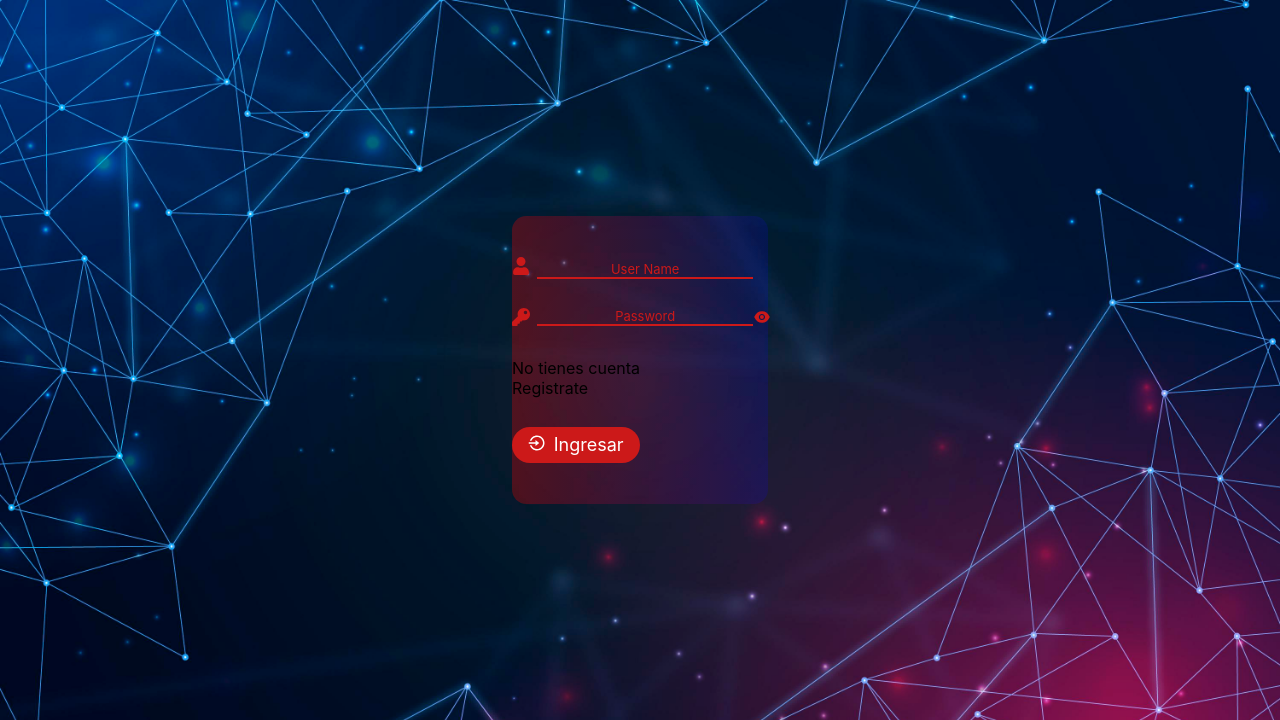
Repository: Davic1o/FrontendMunicipio
Page: /
An editor plug-in stored every save of this project. The page is shown before and after the next save, followed by the edit.
The browser window is 1280 px wide. The pictures show the whole page.
The project was rebuilt for these pictures with package versions that can differ from the ones it lists, and the page was loaded fresh each time.

Above is the page before, as saved 2024-02-21 18:42:29.

After the next save:
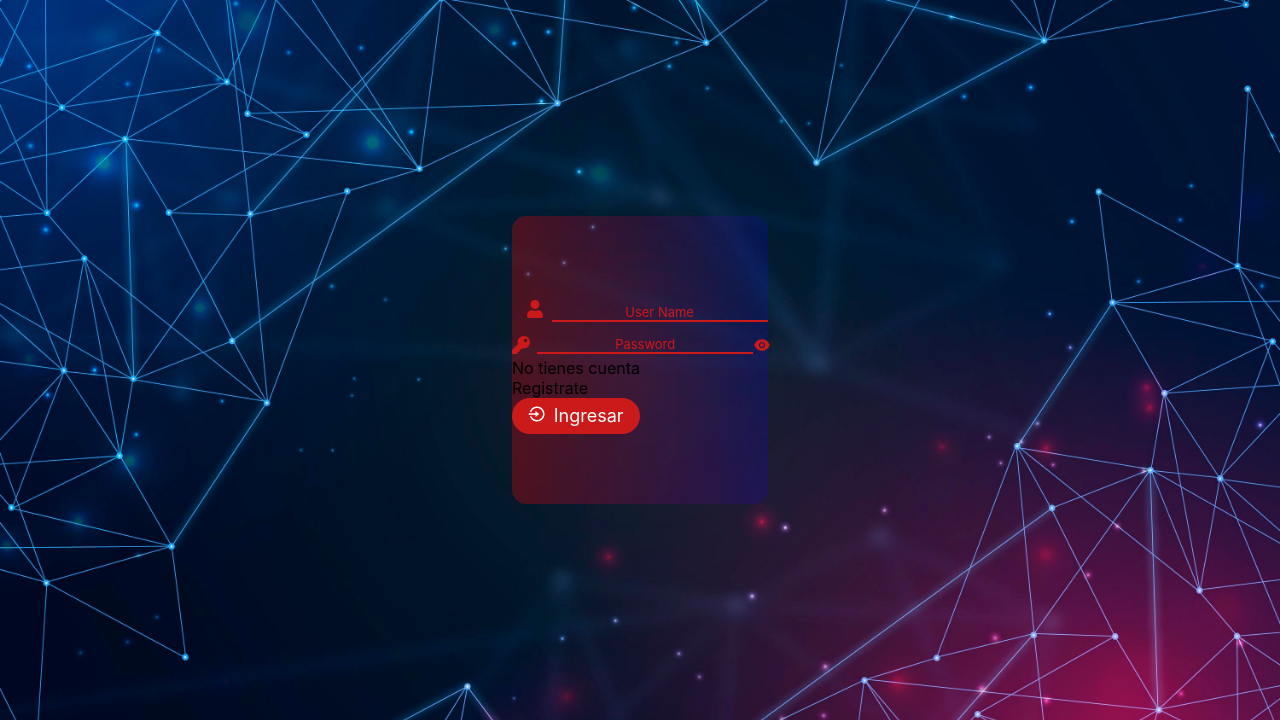
Saved 10 s later.
--- a/src/pages/login.css
+++ b/src/pages/login.css
@@ -21,12 +21,12 @@
     background: linear-gradient(to right, rgba(253, 0, 0, 0.288) 1%, rgba(16, 0, 235, 0.171));
 }
 .form{
-    padding: 2vh;
     width: 100%;
     display: flex;
     justify-content: flex-start;
 }
 .input__userName{
+    padding: 2vh;
     width: 100%;
     display: flex;
     justify-content: flex-start;

After the save that followed:
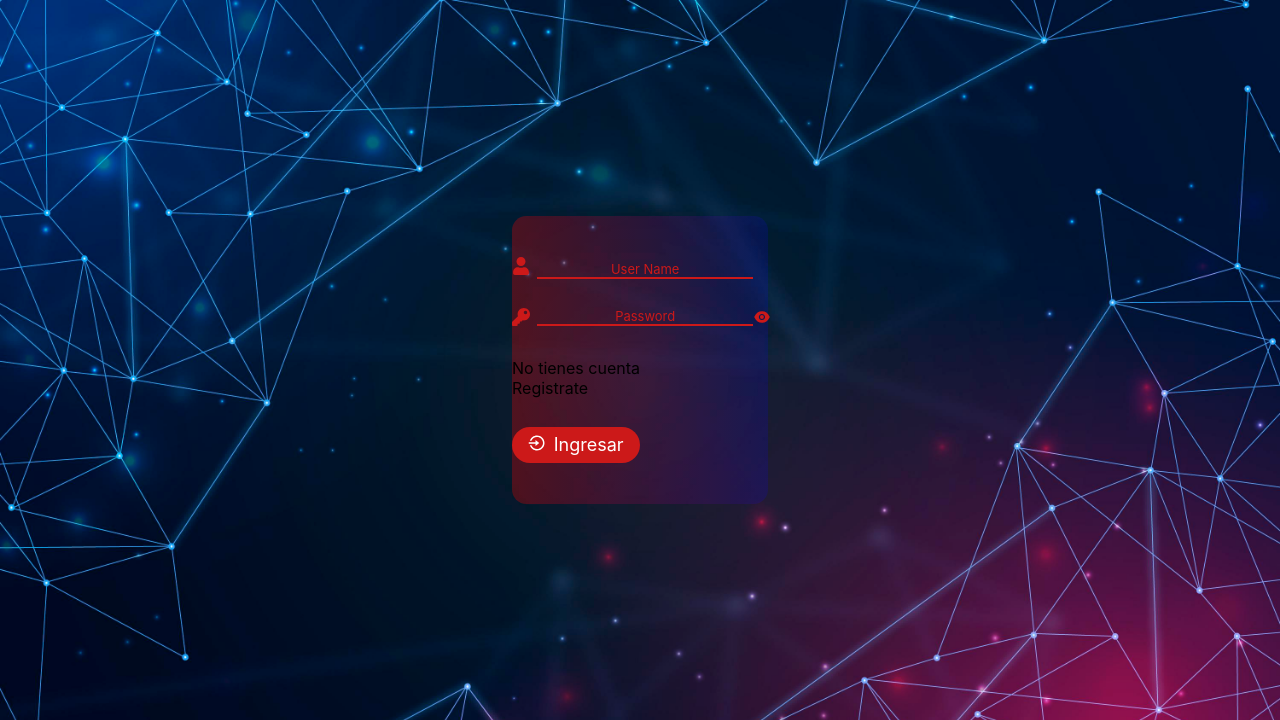
Saved 6 s later.
--- a/src/pages/login.css
+++ b/src/pages/login.css
@@ -23,10 +23,10 @@
 .form{
     width: 100%;
     display: flex;
+    padding: 2vh;
     justify-content: flex-start;
 }
 .input__userName{
-    padding: 2vh;
     width: 100%;
     display: flex;
     justify-content: flex-start;
